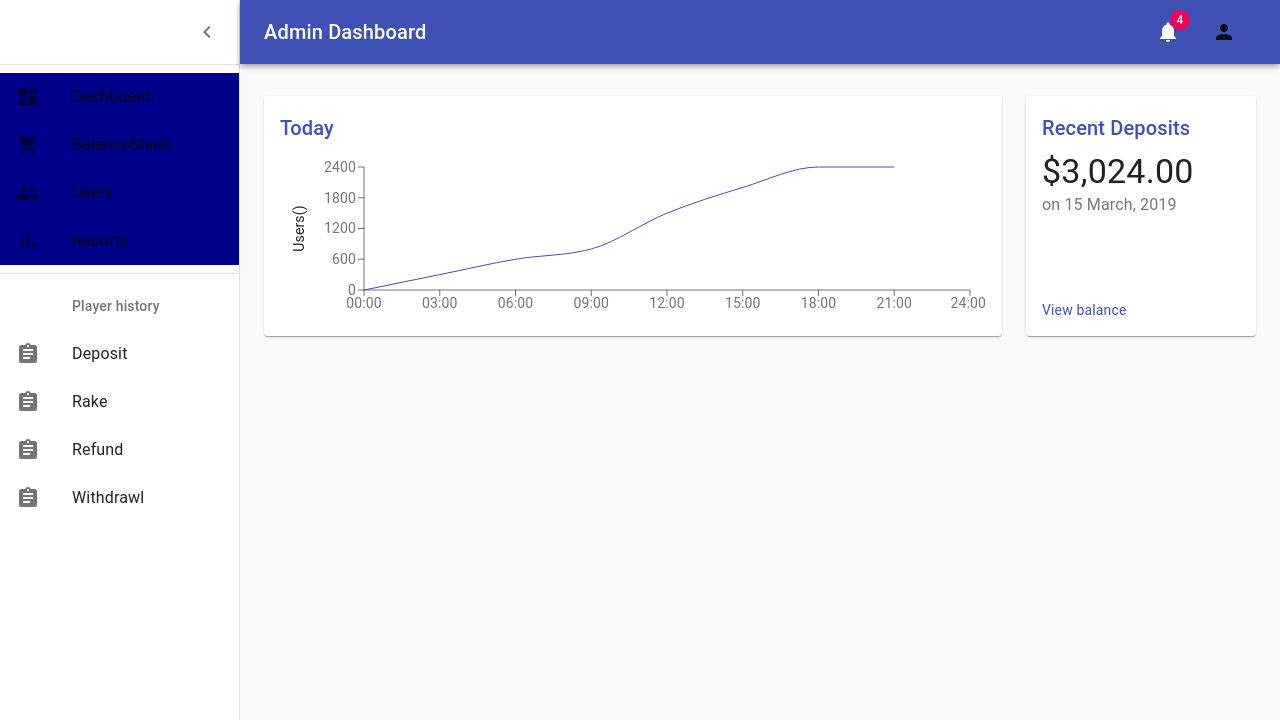
Repository: imayankbisht/ludofrontend
Page: /Dashboard
An editor plug-in stored every save of this project. The page is shown before and after a run of saves, followed by the edit.
The browser window is 1280 px wide. The pictures show the whole page.
The project was rebuilt for these pictures with package versions that can differ from the ones it lists, and the page was loaded fresh each time. Also part of the build but not shown: src/axios.js, src/components/login.js.

Above is the page before, as saved 2021-01-16 14:12:05.

After the next 3 saves:
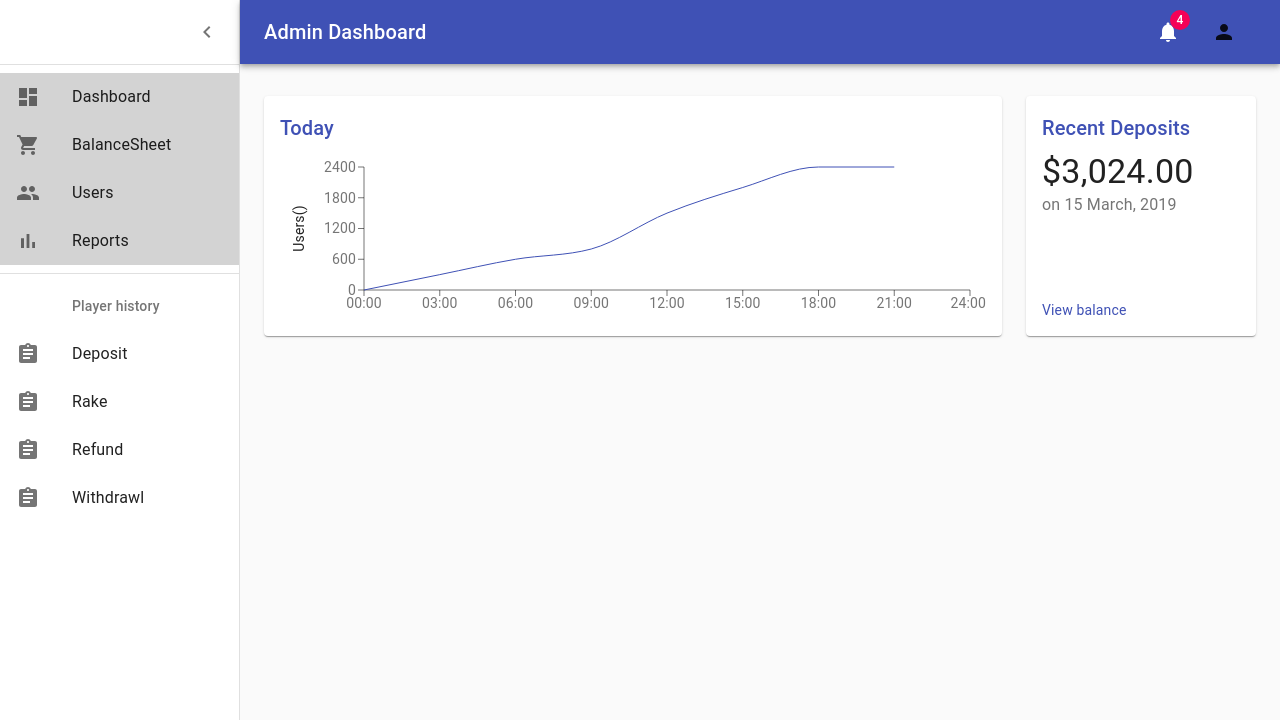
The 3 saves are shown as one change because they came seconds apart.
The last was saved 102 s later.
--- a/src/components/listItems.js
+++ b/src/components/listItems.js
@@ -13,7 +13,7 @@ import Box from '@material-ui/core/Box';
 
 export const mainListItems = (
   <div>
-   <Box bgcolor="darkblue">
+   <Box bgcolor="lightgray">
    <ListItem button>
       <ListItemIcon>
         <DashboardIcon />
